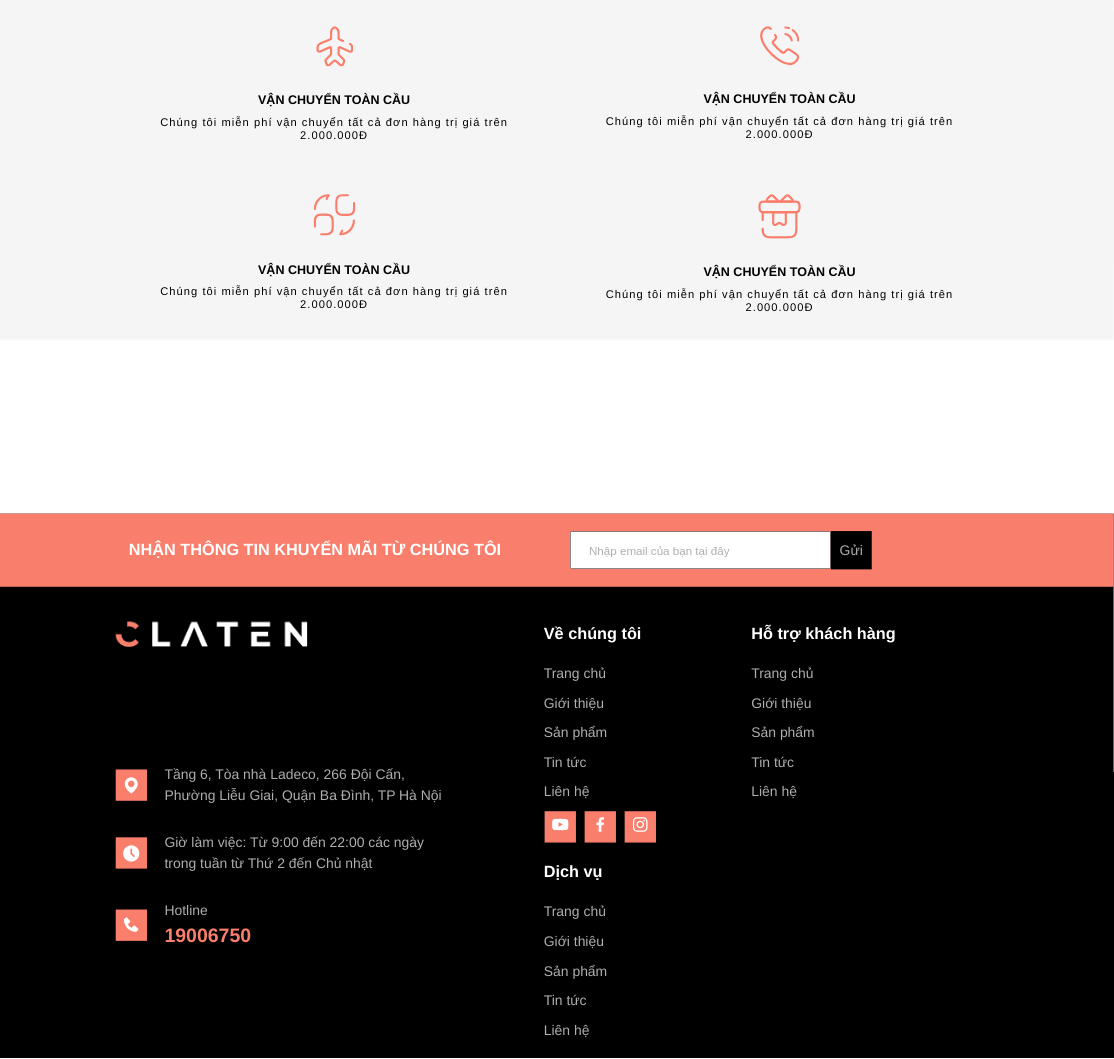
Repository: RennoPMXK/doan
Page: index.html
The author's editor kept a copy of each file at every save. The page is drawn from the files as they stood at one save, then again after the next save.
The browser window is 1280 px wide. The pictures show the part of the page from y = 573 to 1790 px (the page is 1790 px tall before and 1760 px after), at 87% of full size.

Above is the page before, as saved 2021-11-16 20:06:10.

### index.html
<!DOCTYPE html>
<html lang="en">
<head>
    <meta charset="UTF-8">
    <meta http-equiv="X-UA-Compatible" content="IE=edge">
    <meta name="viewport" content="width=device-width, initial-scale=1.0">
    <title>Document</title>
    <link rel="stylesheet" href="./grid.css">
    <link rel="stylesheet" href="./style.css">
    <link rel="stylesheet" href="./responsible.css">
    <link href='https://unpkg.com/boxicons@2.0.9/css/boxicons.min.css' rel='stylesheet'>
</head>
<body>
    <div class="navbar">
        <div class="navbar-wrapper">
            <a class="logo">
                <img src="./img/logo.png" alt="">
            </a>

            <div class="navbar-menu mobile-menu">
                <i class='bx bx-x mobile-close-icon'></i>
                <li class="navbar-menu-item"><a class = 'active' href="#">Trang chủ</a></li>
                <li class="navbar-menu-item"><a href="#">Giới thiệu</a></li>
                <li class="navbar-menu-item"><a href="#">Sản phẩm <i class='bx bxs-down-arrow navbar-menu-icon'></i></a>
                    <ul class="navbar-sub-menu">
                        <li class="navbar-sub-menu-item"><a href="">Đồng hồ nam</a></li>
                        <li class="navbar-sub-menu-item"><a href="">Đồng hồ nữ</a></li>
                        <li class="navbar-sub-menu-item"><a href="">Đồng hồ mới về</a></li>
                        <li class="navbar-sub-menu-item"><a href="">Phụ kiện nam</a></li>
                        <li class="navbar-sub-menu-item"><a href="">Phụ kiện nữ</a></li>
                    </ul>
                </li>
                <li class="navbar-menu-item"><a href="#">Tin tức</a></li>
                <li class="navbar-menu-item"><a href="#">Liên hệ</a></li>
            </div>

            <div class="navbar-icon">
                 <li class="navbar-icon-item"><a href=""><i class='bx bx-search-alt'></i></a></li>
                 <li class="navbar-icon-item"><a href=""><i class='bx bx-user'></i></a></li>
                 <li class="navbar-icon-item"><a href="#"><i class='bx bx-shopping-bag bx-tada ' ></i></a></li>
                 <li class="navbar-icon-item"><a href="#"><i class='bx bx-menu-alt-right menu-icon'></i></a></li>

            </div>
        </div>
        <div class="modal"></div>
    </div>

    <section class="hero-section">

             <div class="bgimg slide-item fade" style="background-image: url(./img/1a\(32\).jpg)">
                 <div class="caption">
                     <h2 class="top-down delay-2">
                        ĐỒNG HỒ ROLEX

                     </h2>

                     <p class="top-down delay-4">
                       Lorem ipsum dolor sit amet consectetur adipisicing elit. Aut eligendi voluptates enim tempora cupiditate ex minus aperiam impedit maxime nam. Sunt neque amet veniam vitae adipisci impedit aliquam officia hic.
                     </p>

                     <button class="top-down delay-6">
                         MUA NGAY
                     </button>
                 </div>

             </div>


             <div class="bgimg slide-item fade" style="background-image: url(./img/dong-ho-thoi-trang-rolex-banner.jpg)">
                <div class="caption">
                    <h2>
                        ĐỒNG HỒ ROLEX
                    </h2>

                    <p>
                        Lorem ipsum dolor sit amet consectetur adipisicing elit. Aut eligendi voluptates enim tempora cupiditate ex minus aperiam impedit maxime nam. Sunt neque amet veniam vitae adipisci impedit aliquam officia hic.
                    </p>

                    <button>
                        MUA NGAY
                    </button>
                </div>

             </div>


             <div class="bgimg slide-item fade" style="background-image: url(./img/Banchay_Longines_banner-1024x427.jpg)">
                <div class="caption">
                    <h2>
                        ĐỒNG HỒ ROLEX
                    </h2>

                    <p>
                        Lorem ipsum dolor sit amet consectetur adipisicing elit. Aut eligendi voluptates enim tempora cupiditate ex minus aperiam impedit maxime nam. Sunt neque amet veniam vitae adipisci impedit aliquam officia hic.
                    </p>

                    <button>
                        MUA NGAY
                    </button>
                </div>

             </div>


             <div class="slide-control">
                <div class="slide-control-wrapper">
                    <span class="dot" onclick="chooseSlide(0)"></span>
                    <span class="dot"  onclick="chooseSlide(1)"></span>
                    <span class="dot" onclick="chooseSlide(2)" ></span>

                </div>
             </div>

    </section>

    <section class="hero-section-mini ">
        <div class="container row">
            <div class="hero-section-mini-item col-3 col-md-6 col-sm-6">
                <img src="./img/icon_service_1.svg" alt="">
                 <h3>VẬN CHUYỂN TOÀN CẦU</h3>
                 <p>Chúng tôi miễn phí vận chuyển tất cả đơn hàng trị giá trên 2.000.000Đ</p>
            </div>

            <div class="hero-section-mini-item col-3 col-md-6 col-sm-6">
               <img src="./img/icon_service_2.svg" alt="">
                <h3>VẬN CHUYỂN TOÀN CẦU</h3>
                <p>Chúng tôi miễn phí vận chuyển tất cả đơn hàng trị giá trên 2.000.000Đ</p>
           </div>

           <div class="hero-section-mini-item col-3 col-md-6 col-sm-6">
               <img src="./img/icon_service_3.svg" alt="">
                <h3>VẬN CHUYỂN TOÀN CẦU</h3>
                <p>Chúng tôi miễn phí vận chuyển tất cả đơn hàng trị giá trên 2.000.000Đ</p>
           </div>

           <div class="hero-section-mini-item col-3 col-md-6 col-sm-6">
               <img src="./img/icon_service_4.svg" alt="">
                <h3>VẬN CHUYỂN TOÀN CẦU</h3>
                <p>Chúng tôi miễn phí vận chuyển tất cả đơn hàng trị giá trên 2.000.000Đ</p>
           </div>

        </div>
    </section>

    <div class="footer">
        <div class="footer-contact">
            <div class="container">
                <div class= "footer-contact-content row">
                    <h3 class="col-6 col-md-6 col-sm-12">NHẬN THÔNG TIN KHUYẾN MÃI TỪ CHÚNG TÔI</h3>
                    <div class="form col-6 col-md-6 col-sm-12">
                        <input type="text" placeholder="Nhập email của bạn tại đây"><a href="">Gửi</a></input>

                    </div>

                </div>

            </div>

         </div>
        <div class="container">

            <div class="wrapper row ">
                <div class="footer-logo row col-5 col-md-6 col-sm-12">
                    <a class="footer-img">
                        <img src="./img/logo.png" alt="">
                    </a>

                    <ul class="footer-des">
                           <li class="footes-des-item">
                               <div class="footer-des-icon">
                                    <i class='bx bxs-map'></i>
                               </div>
                               <p>Tầng 6, Tòa nhà Ladeco, 266 Đội Cấn,<br> Phường Liễu Giai, Quận Ba Đình, TP Hà Nội</p>
                           </li>
                           <li class="footes-des-item">
                                <div class="footer-des-icon">
                                    <i class='bx bxs-time-five' ></i>
                                </div>
                               <p>Giờ làm việc: Từ 9:00 đến 22:00 các ngày <br>trong tuần từ Thứ 2 đến Chủ nhật</p>
                           </li>
                           <li class="footes-des-item">
                            <div class="footer-des-icon">
                                <i class='bx bxs-phone' ></i>
                             </div>
                               <p>Hotline<br>
                                   <span>19006750</span>
                               </p>
                           </li>
                    </ul>
                </div>

                <div class="footer-menu row col-7 col-md-6 col-sm-12">
                     <div class="footer-menu-item col-4 col-md-6 col-sm-12">
                         <h3>Về chúng tôi</h3>
                         <ul>
                            <li><a href="">Trang chủ</a></li>
                            <li><a href="">Giới thiệu</a></li>
                            <li><a href="">Sản phẩm</a></li>
                            <li><a href="">Tin tức</a></li>
                            <li><a href="">Liên hệ</a></li>
                         </ul>

                         <div class="footer-social">
                            <li><a href=""><i class='bx bxl-youtube' ></i></a></li>
                            <li><a href=""><i class='bx bxl-facebook' ></i></a></li>
                            <li><a href=""><i class='bx bxl-instagram' ></i></a></li>
                       </div>
                     </div>

                     <div class="footer-menu-item col-4 col-md-6 col-sm-12">
                        <h3>Hỗ trợ khách hàng</h3>
                        <ul>
                           <li><a href="">Trang chủ</a></li>
                           <li><a href="">Giới thiệu</a></li>
                           <li><a href="">Sản phẩm</a></li>
                           <li><a href="">Tin tức</a></li>
                           <li><a href="">Liên hệ</a></li>
                        </ul>
                    </div>

                    <div class="footer-menu-item col-4 col-md-6 col-sm-12">
                        <h3>Dịch vụ</h3>
                        <ul>
                           <li><a href="">Trang chủ</a></li>
                           <li><a href="">Giới thiệu</a></li>
                           <li><a href="">Sản phẩm</a></li>
                           <li><a href="">Tin tức</a></li>
                           <li><a href="">Liên hệ</a></li>
                        </ul>
                    </div>



                </div>


            </div>
        </div>
    </div>


    <script src="./app.js"></script>
</body>
</html>

### grid.css
.row {
    display: flex;
    flex-wrap: wrap;
    margin: 0 -15px;
}

[class*="col-"] {
    padding: 0 15px;
}

.col-1 {
    width: 8.33%;
}

.col-2 {
    width: 16.66%;
}

.col-3 {
    width: 25%;
}

.col-4 {
    width: 33.33%;
}

.col-5 {
    width: 41.66%;
}

.col-6 {
    width: 50%;
}

.col-7 {
    width: 58.33%;
}

.col-8 {
    width: 66.66%;
}

.col-9 {
    width: 75%;
}

.col-10 {
    width: 83.33%;
}

.col-11 {
    width: 91.66%;
}

.col-12 {
    width: 100%;
}

/* MEDIUM SCREEN */

@media only screen and (max-width: 1280px) {
    .col-md-1 {
        width: 8.33%;
    }

    .col-md-2 {
        width: 16.66%;
    }

    .col-md-3 {
        width: 25%;
    }

    .col-md-4 {
        width: 33.33%;
    }

    .col-md-5 {
        width: 41.66%;
    }

    .col-md-6 {
        width: 50%;
    }

    .col-md-7 {
        width: 58.33%;
    }

    .col-md-8 {
        width: 66.66%;
    }

    .col-md-9 {
        width: 75%;
    }

    .col-md-10 {
        width: 83.33%;
    }

    .col-md-11 {
        width: 91.66%;
    }

    .col-md-12 {
        width: 100%;
    }
}

/* SMALL SCREEN */

@media only screen and (max-width: 850px) {
    .col-sm-1 {
        width: 8.33%;
    }

    .col-sm-2 {
        width: 16.66%;
    }

    .col-sm-3 {
        width: 25%;
    }

    .col-sm-4 {
        width: 33.33%;
    }

    .col-sm-5 {
        width: 41.66%;
    }

    .col-sm-6 {
        width: 50%;
    }

    .col-sm-7 {
        width: 58.33%;
    }

    .col-sm-8 {
        width: 66.66%;
    }

    .col-sm-9 {
        width: 75%;
    }

    .col-sm-10 {
        width: 83.33%;
    }

    .col-sm-11 {
        width: 91.66%;
    }

    .col-sm-12 {
        width: 100%;
    }
}

### style.css
:root {
    --orangeprime : #F97E6C;
    --blackrgba : rgba(0, 0, 0, 0.945);
    --footer-color : #AEAEAE;
    --mini-hero-color : #f5f5f5;
}

html {
box-sizing: border-box;
}
*{
margin: 0;
padding: 0;
}
*,*:before,*:after {
box-sizing: border-box;
}
input,
textarea,
select,
button{
outline: none;
}
input{
line-height: normal;
}
label,
button{
cursor: pointer;
}
a {
text-decoration: none;

}
img {
display: block;

}

ul{
    list-style-type: none;
}

body {
    font-family: Montserrat,"Helvetica Neue",Helvetica;
}

span {
    color: var(--orangeprime);
    cursor: pointer;
    transition : all 0.3s linear;
    font-size: 1.4rem;
    font-weight: bold;
}

span:hover {
    color : white
}

li {
    list-style-type: none;
}

.container {
    margin : 0 auto;
    padding: 0 10%;
}
/* navbar */

.navbar {
    background-color: black;
    position: relative;

}

.navbar-wrapper {
   padding : 20px 0px;
   display: flex;
   align-items: center;
   justify-content: space-evenly;
}

.navbar-menu {
    display: flex;
    list-style-type: none;
}

.navbar-menu-icon {
    font-size: 0.5rem;
    transform: translateY(-2.5px);
    transition : 0.2s linear;
}

.navbar-menu-icon{
    transition: 0.2s ease-in-out;
}

.navbar-menu-icon.active {
    transform: rotate(-180deg);
}

.navbar-menu-item {
    position: relative;
}

.navbar-menu-item a.active {
    color: var(--orangeprime);
}

.navbar-menu-item ~ .navbar-menu-item {
    margin-left: 30px;
}

.navbar-menu-item a {
    color: white;
    font-size: 1rem;
    transition: 0.2s ease-in-out;
    letter-spacing: 1px;
}


.navbar-menu-item a:hover {
    color : var(--orangeprime);
}

.navbar-menu-item:nth-child(3) {
    position: relative;
}



.navbar-sub-menu{
    width: 150px;
    position: absolute;
    list-style-type: none;
    padding : 20px;
    background-color: var(--blackrgba);
    top: 30px;
    z-index: 100;
    display : none;
    transition: all 0.2s ease-in-out;
}


.navbar-menu-item:active .navbar-sub-menu {
    display : block;
    top: 30px;
}




.navbar-sub-menu-item {
   margin : 10px 0;
}

.navbar-sub-menu.active {
    display : block;
}

.navbar-sub-menu-item a {
    font-size: 0.8rem;
    letter-spacing: 1.2px;
}

.navbar-icon {
    display: flex;
    list-style-type: none;
}

.navbar-icon-item ~ .navbar-icon-item {
    margin-left: 25px;
}

.navbar-icon-item a {
    color : white;
    font-size: 1.5rem;
    transition: 0.2s ease-in-out;
}

.navbar-icon-item a:hover {
    color : var(--orangeprime);
}

.navbar-icon-item:last-child {
    display: none;
}

.mobile-close-icon {
    display: none;
}

/* section-hero */

.hero-section {
    position: relative;
    height: 70vh;
}


.bgimg {
    height: 100%;
    position: relative;
    background-position: center;
    background-repeat: no-repeat;
    background-size: cover;
    display: flex;
}

.bgimg::after {
    content : '\A';
    position : absolute;
    width: 100%;
    height : 100%;
    top: 0;
    left : 0;
    background-color: rgba(0, 0, 0, 0.8);
}

.caption {
    position: absolute;
    top: 48%;
    left: 25%;
    transform: translate(-50% , -50%) ;
    text-align: left;
    z-index: 10;
    width: 34.7%;
}

.caption h2 {
    line-height: 1.5;
    color: white;
    margin-bottom: 20px;
    text-transform: uppercase;
    font-size: 2.1rem;
    letter-spacing: 1.2px;
}

.caption p {
    text-align: left;
    color : white;
    font-size: 1.2rem;
    letter-spacing: 1.2px;
    line-height: 1.5;
}

.caption button {
    background-color: white;
    border: 1px solid  transparent;
    color : red;
    padding : 10px 40px;
    font-size: 16px;
    font-weight: bold;
    text-transform: uppercase;
    margin-top: 30px;
    transition : background-color 0.5s ease , color 0.5s ease , width 0.6s;
}

.caption button:hover {
    color : white;
    cursor: pointer;
    background-color:  red;
}

.caption button:focus {
    outline : none;
}

.dot {
    cursor: pointer;
    height: 10px;
    width: 10px;
    margin: 0 2px;
    background-color: white;
    border-radius: 5px;
    display: inline-block;
}

.dot:hover {
    background-color: red;
}

.dot.active {
    background-color: red;
    width: 30px;
}

.slide-control {
    position: absolute;
    left: 50%;
    transform : translateX(-50%);
    bottom: 20px;
    width: 10px;
    text-align: center;
}

.slide-control-wrapper{
    display: inline-flex;
}

.slide-item {
    display: none;
}


.top-down {
    transform: translateY(-50px);
    visibility: hidden;
    opacity: 0;
    transition: 0.5s ease-in-out ;
}

.delay-2 {
    transition-delay: 0.2s;
}

.delay-4 {
    transition-delay: 0.4s;
}


.delay-6 {
    transition-delay: 0.6s;
}


.delay-8 {
    transition-delay: 0.8s;
}

.slide-item.active .top-down{
    transform: translateY(0);
    visibility: visible;
    opacity: 1;
}

/* mini hero section */

.hero-section-mini{
   background-color: var(--mini-hero-color);
}

.hero-section-mini-item {
    display: flex;
    padding: 30px;
    gap: 10px;
    flex-direction:column;
    align-items: center;
    text-align: center;
}

.hero-section-mini-item img {
    margin-bottom: 20px;
    transition: 0.3s linear;
}

.hero-section-mini-item:hover img {
    transform: translateY(-10px);
}

.hero-section-mini-item h3 {
   font-size: 0.9rem;
}

.hero-section-mini-item p {
   font-size: 0.8rem;
   letter-spacing: 1.2px;
}
/* footer */
.footer {
    color: var(--footer-color);
    margin-top: 200px;
    background-color: black;
    line-height: 1.5;
}

.footer-contact {
    background-color: var(--orangeprime);


}

.footer-contact h3 {
  color :white;
}

.footer-contact-content {
    padding : 20px;
    display: flex;
    justify-content: space-around;
    align-items: center;
    flex-wrap: wrap;
}

.form input {
    padding: 10px 20px;
    width: 300px;
}

.form a {
    padding: 10px;
    background-color: black;
    color : white;
}

.form {
    display: flex;
    flex-wrap: nowrap;
}

::placeholder {
    color: var(--footer-color);
}

.footer a {
    color: var(--footer-color);
    transition : 0.3s linear;
}

.footer a:hover {
    color: var(--orangeprime);
}

.footer-menu h3 {
    margin-top: 20px;
    color : white;
    margin-bottom: 20px;
}

.wrapper {
    padding: 20px;
    position: relative;
}


.footes-des-item {
    margin-top: 30px;
    display : flex;
    align-items: center;
}

.footer-des-icon {
    display : flex;
    align-items: center;
    justify-content:center;
    width: 36px;
    height : 36px;
    background-color: var(--orangeprime);
    margin-right: 20px;
}

.footer-des-icon i {
    font-size: 1.4rem;
    color : white;

}


.footer-menu-item li {
    margin-top: 10px;
}

.footer-social {
    display : flex;
    transform: translateX(-9px);
}

.footer-img{
    margin-top: 20px;
}

.footer-social li  {
    display : flex;
    align-items: center;
    justify-content:center;
    text-align: center;
    margin-left: 10px;
    width: 36px;
    height : 36px;
    background-color: var(--orangeprime);
}

.footer-social li a {
   color : white;
   font-size: 1.4rem;
}

.footer-social li:hover a {
    color : white;
 }

 /* fade animation */

 .fade {
     animation-name: fade;
     animation-duration: 1s;
     -webkit-animation-name: fade;
     -webkit-animation-duration: 1s;
 }

 @keyframes fade {
     from { opacity: 0.4
    } to {
        opacity: 1
    }
 }

 @-webkit-keyframes fade {
    from { opacity: 0.4
   } to {
       opacity: 1
   }
}

### responsible.css


/* Tablet */

@media only screen and (max-width: 1024px){
   .navbar-menu {
       display: none;

   }

   .navbar-wrapper {
        justify-content: space-around;
   }


   .navbar-icon-item:last-child {
        display: block;
   }


   .navbar-menu {
    padding : 20px;
    width: 40vw;
    background-color: black;
    display: block;
    position: fixed;
    top: 60px;
    left: 0;
    height: 100vh;
    min-width: 300px;
}

    .navbar-menu-item {
        margin-left: 30px;
        padding: 20px;
    }

    .navbar-sub-menu{
        position: initial;
    }


    .mobile-menu {
        transform : translateX(-100%);
        transition: 0.4s ease-in-out;
        z-index: 100;
    }

    .mobile-menu.active {
        transform : translateX(0);
    }

    .modal {
        display: none;
        position: fixed;
        top: 0;
        bottom: 0;
        right: 0;
        left: 0;
        background-color: rgba(14, 13, 13, 0.6);
    }

    .modal.active {
        display : block
    }

    .mobile-close-icon {
        cursor: pointer;
        font-size: 1.5rem;
        display: block;
        color: white;
        position: absolute;
        top: 5px;
        right:10px;
    }


}


/* Mobile */

@media only screen and (max-width: 740px) {
  .logo img{
      height: 15px;
      transform: translateY(-9px);
  }

  .navbar-icon-item a {
    color : white;
    font-size: 1.2rem;
    transition: 0.2s ease-in-out;
  }

  .navbar-icon-item a:hover {
    color : white;
  }

  .caption {
      width: 40%;
      text-align: left;
  }

  .caption h2 {
      font-size: 1.8rem;
  }

  .caption p {
      font-size: 0.9rem;
  }

  .caption button {
      font-size: 0.8rem;
      width: 100%;

  }

}

### app.js
// Menu effect

var navbarItem= document.querySelectorAll('.navbar-menu-item a')
var subMenu= document.querySelector('.navbar-sub-menu')
var iconmenu = document.querySelector('.navbar-menu-item i')
var menuMobie = document.querySelector('.menu-icon')
var overlayMenu = document.querySelector('.mobile-menu')
var modal = document.querySelector('.modal')
var closeMobile = document.querySelector('.mobile-close-icon')
console.log(navbarItem[2])
navbarItem[2].addEventListener('click', function(){
  subMenu.classList.toggle('active');
  iconmenu.classList.toggle('active');
})

menuMobie.addEventListener("click" , function(){
   overlayMenu.classList.add('active');
   modal.classList.add('active');
})

closeMobile.addEventListener('click', function(){
    overlayMenu.classList.remove('active');
    modal.classList.remove('active');
})

navbarItem.forEach(function(item , index){
  item.onclick = function(){
    document.querySelector('.navbar-menu-item a.active').classList.remove('active');
    this.classList.add('active')
  }
})

const $ = document.querySelector.bind(document)
const $$ = document.querySelectorAll.bind(document)

var tabs = $$('.tab-item');


var panes = $$('.tab-pane');


// tab-active
tabs.forEach(function(tab, index){
    tab.onclick = function(){
        document.querySelector('.tab-item.active').classList.remove('active')
        this.classList.add('active')
        document.querySelector('.tab-pane.active').classList.remove('active')
        panes[index].classList.add('active')
    }
})

// hero-slide
var slideIndex = 0;
showSlide();

var timer = setInterval(showSlide, 3000);
var slideContainer = document.querySelector('.hero-section')
var slideControl = document.querySelector('.slide-control')

slideContainer.onmouseover = function(){
  clearInterval(timer);
}

slideControl.onmouseover = function(){
  clearInterval(timer);
}

slideContainer.onmouseleave = function(){
  timer = setInterval(showSlide,3000);
}

slideControl.onmouseleave = function(){
  timer = setInterval(showSlide, 3000);
}

function showSlide(){

   var slides = document.querySelectorAll('.slide-item');
   var dots = document.querySelectorAll(".dot");

   slides.forEach(function(slide , index){
      slides[index].style.display = 'none'
      slides[index].classList.remove('active')
   })

   dots.forEach(function(dot,index){
     dots[index].classList.remove("active");
   })

   slideIndex++;
   if(slideIndex > slides.length) slideIndex = 1;
   slides[slideIndex-1].style.display = "block";
   slides[slideIndex-1].classList.add('active')
   dots[slideIndex-1].classList.add("active");
}

function chooseSlide(n){
  slideIndex = n;
  showSlide();
  clearInterval(timer);
}

After the next save:
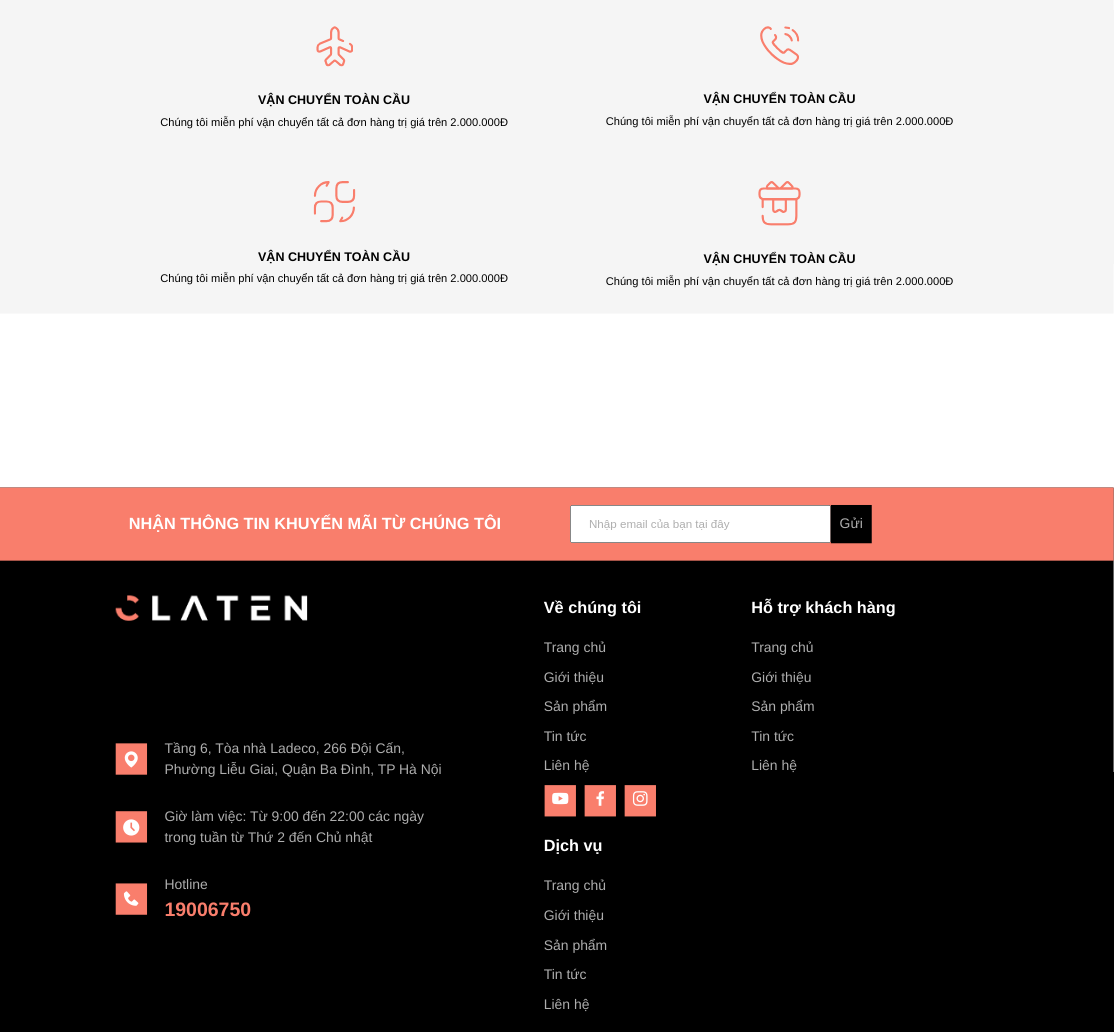
Saved 8 s later.
--- a/style.css
+++ b/style.css
@@ -364,7 +364,6 @@ li {
 
 .hero-section-mini-item p {
    font-size: 0.8rem;
-   letter-spacing: 1.2px;
 }
 /* footer */
 .footer {
